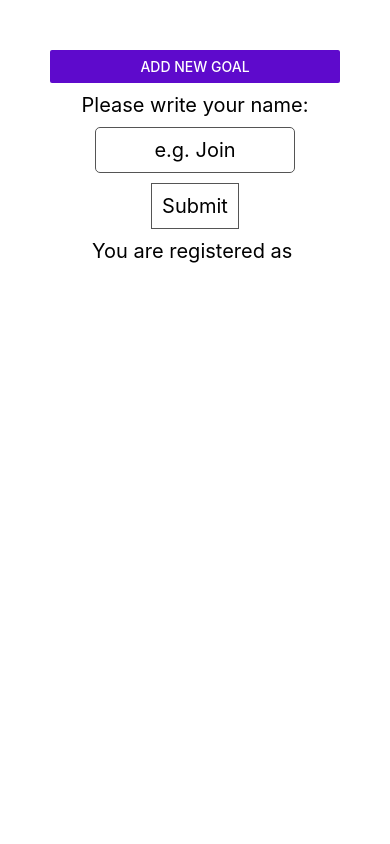
Repository: ntu34543/React-Native-Example1
Screen: /
These files come from the project's save history. The screen is drawn as it stood at one moment and after a run of saves; the edit follows.
The app was drawn by React Native's web renderer in a window 390 px wide. The project was rebuilt for these pictures with package versions that can differ from the ones it lists, and the page was loaded fresh each time. Also part of the build but not shown: components/Goalltem.js.

Above is the screen before, as saved 2022-09-12 16:08:15.

### App.js
import { useState } from "react";
import {
  StyleSheet,
  View,
  FlatList,
  Button,
  Text,
  Linking,
  TextInput,
  TouchableOpacity
} from "react-native";
import { StatusBar } from "expo-status-bar";

import GoalItem from "./components/Goalltem";
import GoalInput from "./components/Goallnput";

export default function App() {
  const [modalIsVisible, setModalIsVisible] = useState(false);
  const [courseGoals, setCourseGoals] = useState([]);
  const [name, setName] = useState("");
  const [submitted, setSubmitted] = useState(false);
  // console.log(courseGoals);
  const onPressHandler = () => {
    setSubmitted(!submitted);
  };

  function startAddGoalHandler() {
    setModalIsVisible(true);
  }

  function endAddGoalHandler() {
    setModalIsVisible(false);
  }

  function addTextInput(enteredGoalText) {
    setCourseGoals((currentCourseGoals) => [
      ...currentCourseGoals,
      { text: enteredGoalText, id: Math.random().toString() },
    ]);
    endAddGoalHandler();
  }

  function deleteGoalHandler(id) {
    setCourseGoals((currentCourseGoals) => {
      return currentCourseGoals.filter((goal) => goal.id !== id);
    });
  }

  return (
    <>
      <StatusBar style="auto" />
      <View style={styles.container}>
        <Button
          title="Add new Goal"
          color="#5e0acc"
          onPress={startAddGoalHandler}
        />
        <View style={styles.body}>
          <Text style={styles.text}>Please write your name:</Text>
          <TextInput
            style={styles.input}
            placeholder="e.g. Join"
            onChangeText={(value) => setName(value)}
            // maxLength={2}
            // editable={false}
            // secureTextEntry
          />
          {/* <Button
            title={submitted? "Clear" : "Submit"}
            // disabled={submitted}
            color="#5e0acc"
            onPress={onPressHandler}
            onPress={() => {
              Linking.openURL(
                "https://ca.slack-edge.com/T324R7VB6-U03RS7EKJHG-323b9d1b6216-512"
              );
            }}
          /> */}
          <TouchableOpacity style={styles.button} onPress={onPressHandler}>
            <Text style={styles.text}>{submitted? "Clear" : "Submit"}</Text>
          </TouchableOpacity>
          {/* {submitted ? <Text>You are registered as {name}</Text> : null} */}
          <Text style={styles.text}>You are registered as {name}</Text>
        </View>
        <GoalInput
          visible={modalIsVisible}
          onAddGoal={addTextInput}
          onCancer={endAddGoalHandler}
        />
        <View style={styles.goalsContainer}>
          <FlatList
            data={courseGoals}
            style={styles.goalsContainer}
            renderItem={(itemData) => {
              return (
                <GoalItem
                  text={itemData.item.text}
                  id={itemData.item.id}
                  onDeleteItem={deleteGoalHandler}
                />
              );
            }}
            keyExtractor={(item, index) => {
              return index.id;
            }}
            alwaysBounceVertical={false}
          />
        </View>
      </View>
    </>
  );
}

const styles = StyleSheet.create({
  container: {
    padding: 50,
  },
  body: {
    alignItems: 'center',
  },
  goalsContainer: {
    // flex: 4,
  },
  text: {
    textAlign: "center",
    margin: 10,
    fontSize: 20,
  },
  input: {
    borderWidth: 1,
    borderColor: "#555",
    borderRadius: 5,
    width: 200,
    padding: 10,
    marginBottom: 10,
    textAlign: "center",
    fontSize: 20,
  },
  button: {
    borderWidth: 1,
    borderColor: "#555",
  }
});

### components/Goallnput.js
import { useState } from "react";
import { StyleSheet, View, TextInput, Button, Modal, Image } from "react-native";
function GoalInput(props) {
  const [enteredGoalText, setEnteredGoalText] = useState("");

  function textInput(enteredText) {
    setEnteredGoalText(enteredText);
    // console.log(enteredText);
  }

  function addGoalHandler() {
    props.onAddGoal(enteredGoalText);
    setEnteredGoalText("");
  }

  return (
    <Modal visible={props.visible} animationType="slide">
      <View style={styles.inputContainer}>
          <Image style={styles.image} source={require('../assets/favicon.png')} />
        <TextInput
          style={styles.textInput}
          placeholder="Email............"
          onChangeText={textInput}
          value={enteredGoalText}
        />
        <View style={styles.buttonContainer}>
          <View style={styles.button}>
            <Button title="Click!" onPress={addGoalHandler} />
          </View>
          <View style={styles.button}>
            <Button title="Cancer!" onPress={props.onCancer}/>
          </View>
        </View>
      </View>
    </Modal>
  );
}

export default GoalInput;

const styles = StyleSheet.create({
  inputContainer: {
    flex: 1,
    justifyContent: "center",
    alignItems: "center",
    paddingBottom: 24,
    padding: 16,
    borderBottomWidth: 1,
    borderBottomColor: "gray",
    backgroundColor: 'pink'
  },
  image: {
      width: 100,
      height: 100,
      margin: 20,
  },
  textInput: {
    borderWidth: 1,
    borderColor: "#cccccc",
    width: "100%",
    padding: 8,
  },
  buttonContainer: {
      marginTop: 16,
    flexDirection: "row",
  },
  button: {
      width: '30%',
      marginHorizontal: 8,
  }
});

After the next 7 saves:
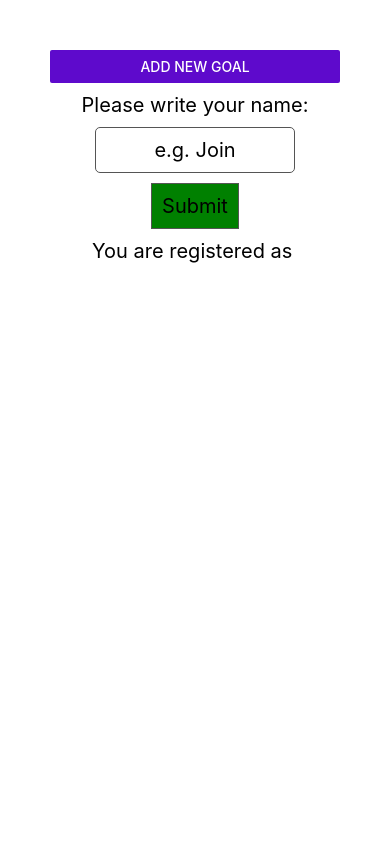
The 7 saves are shown as one change because they came seconds apart.
The last was saved 15 s later.
--- a/App.js
+++ b/App.js
@@ -139,5 +139,6 @@ const styles = StyleSheet.create({
   button: {
     borderWidth: 1,
     borderColor: "#555",
+    backgroundColor: "green",
   }
 });
